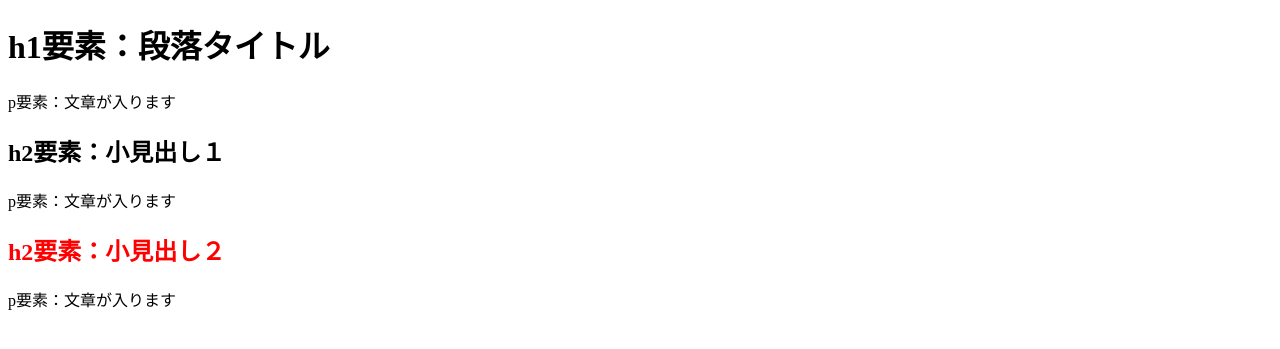
Repository: hokanitao/samurai_HTML-CSS
Page: index.html
The author's editor kept a record of every edit. The page is drawn from the files as they stood at one moment, then again after the next edit.
The browser window is 1280 px wide. The pictures show the whole page.

Above is the page before.

After the next edit:
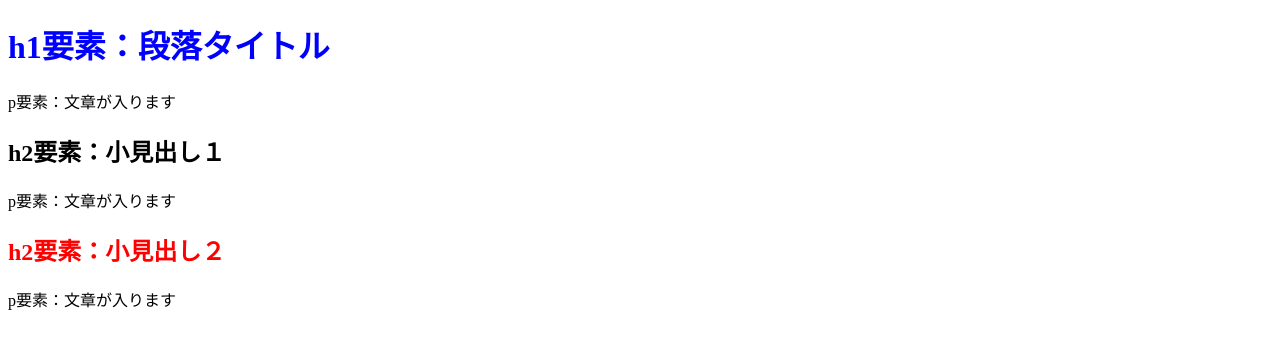
The edit:
--- a/index.html
+++ b/index.html
@@ -13,7 +13,7 @@
  </style>
 </head>
 <body>
- <h1>h1要素：段落タイトル</h1>
+ <h1 class="blue">h1要素：段落タイトル</h1>
  <p>p要素：文章が入ります</p>
  <h2>h2要素：小見出し１</h2>
  <p style="front-size: 25px;">
